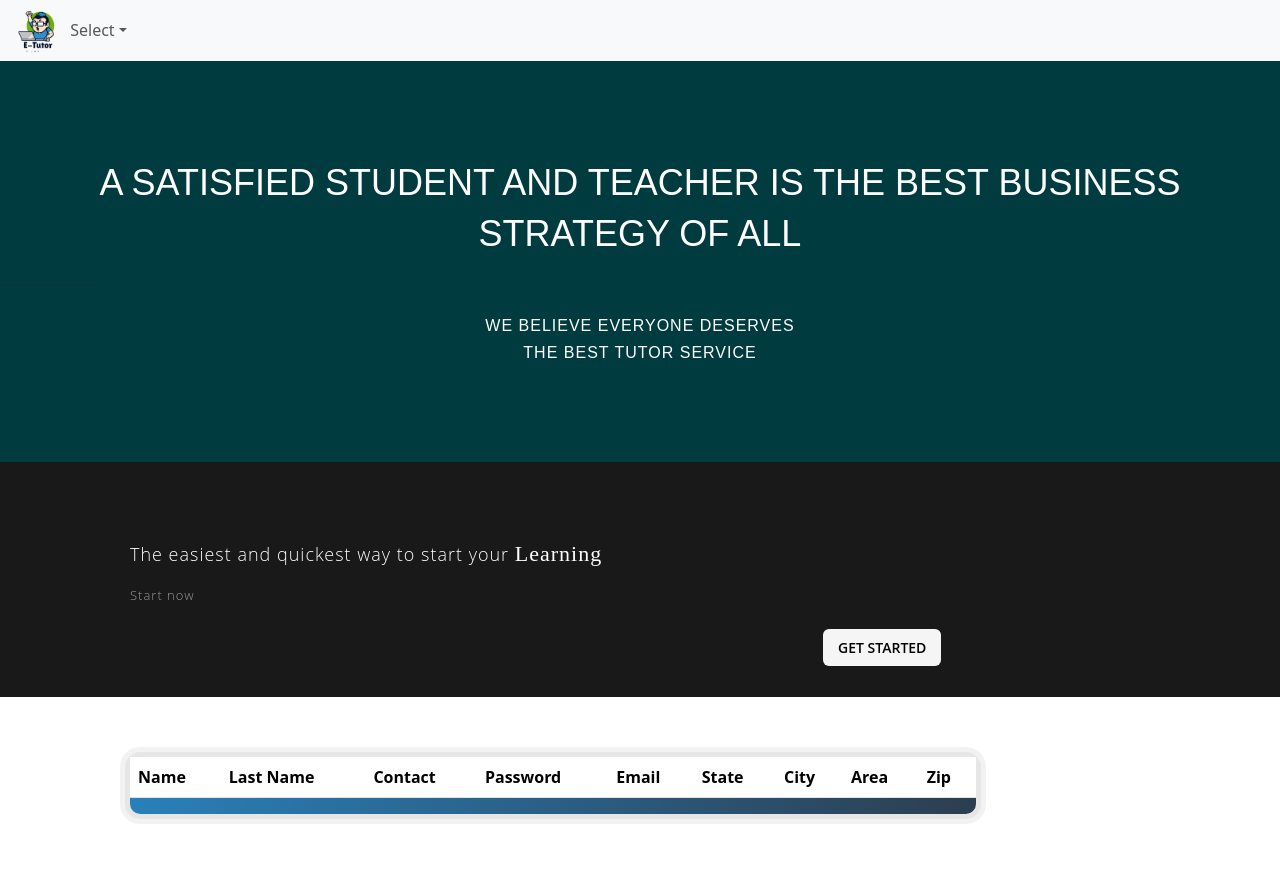
Repository: shailesh89-art/E-tutor-springboot-hibernate
Page: http://localhost/TUTOR_INVENTOR_1/pages/parent_Admin_edit.jsp
These files come from the project's save history. The page is drawn as it stood at one moment and after the next save; the edit follows.
The browser window is 1280 px wide. The pictures show the whole page.
Some web libraries are served in a nearby version. The page is served by Tomcat 9. The template is opened directly, without the code that normally fills it, so the values that code supplies are empty.

Above is the page before, as saved 2023-05-03 14:13:08.

After the next save:
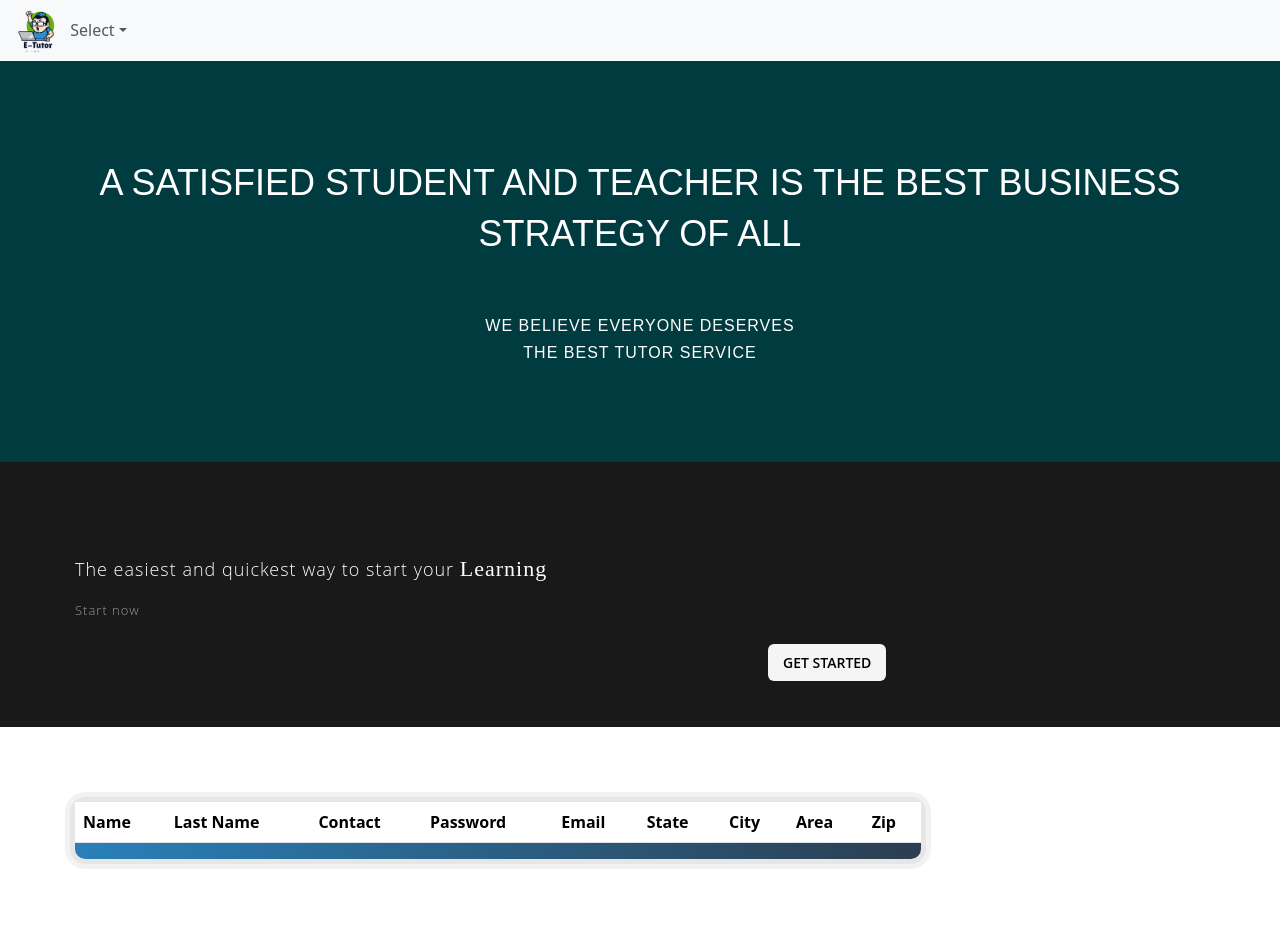
Saved 85 s later.
--- a/TUTOR_INVENTOR_1/src/main/webapp/pages/parent_Admin_edit.jsp
+++ b/TUTOR_INVENTOR_1/src/main/webapp/pages/parent_Admin_edit.jsp
@@ -366,6 +366,7 @@
 
 
     padding:60px;
+    margin:15px;
 }
  #logo{
         width: 4%;
